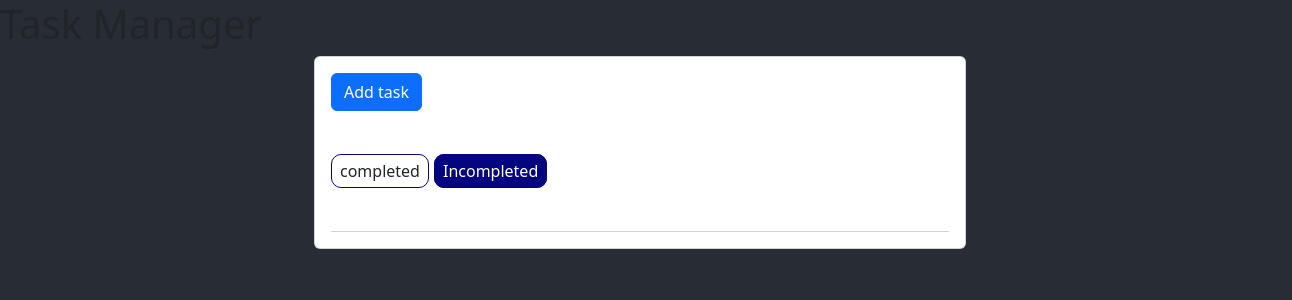
Repository: Jcparks84/task_manager
Page: / (app in frontend/)
These files come from the project's save history. The page is drawn as it stood at one moment and after a run of saves; the edit follows.
The browser window is 1280 px wide. The page is 1292 px wide, so the pictures cover 1292 px, including what lies to the right of the window. The pictures show the whole page.
The page's requests for data from a server got no answer. The project was rebuilt for these pictures with package versions that can differ from the ones it lists, and the page was loaded fresh each time. No one was signed in, and anything a server would have sent is missing. Also part of the build but not shown: frontend/src/components/Modal.js.

Above is the page before, as saved 2022-08-11 17:12:41.

After the next 7 saves:
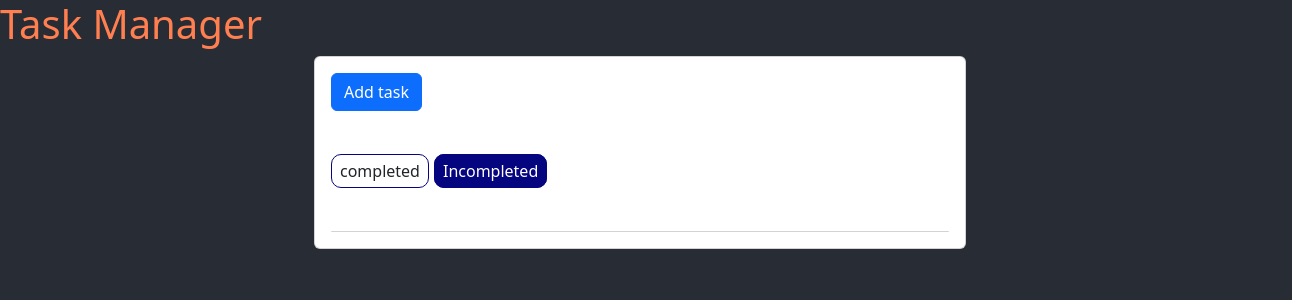
The 7 saves are shown as one change because they came seconds apart.
The last was saved 26 s later.
--- a/frontend/src/App.css
+++ b/frontend/src/App.css
@@ -37,6 +37,10 @@ html, body, #wrapper {
   background-color: #282c34;
 }
 
+h1 {
+  color: coral;
+}
+
 
 @keyframes App-logo-spin {
   from {
